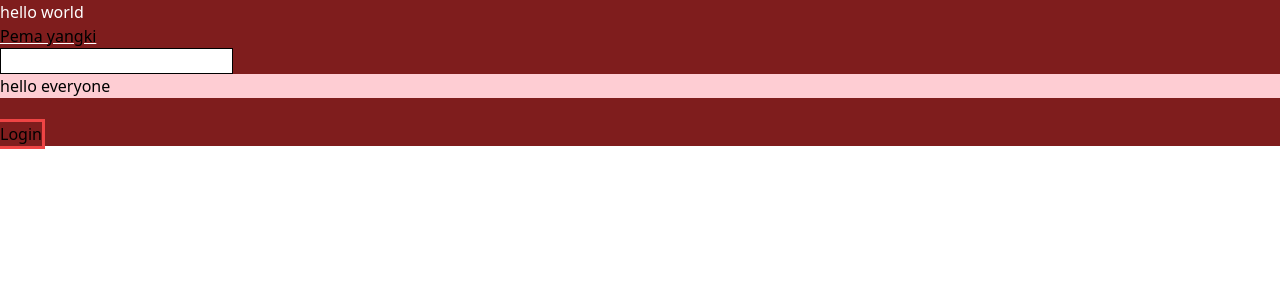
Repository: Pema-yangki/Css
Page: tailwind.html
These files come from the project's save history. The page is drawn as it stood at one moment and after a run of saves; the edit follows.
The browser window is 1280 px wide. The pictures show the whole page.
Some web libraries are served in a nearby version.

Above is the page before, as saved 2024-04-12 10:35:44.

### tailwind.html
<!DOCTYPE html>
<html lang="en">
<head>
    <meta charset="UTF-8">
    <meta name="viewport" content="width=device-width, initial-scale=1.0">
    <title>Document</title>
    <script src="http://cdn.tailwindcss.com"></script>
</head>
<body>
    <div class="bg-red-900">
        <h1 class="text-white">hello world</h1>
        <h1 class="underline decoration-white">Pema yangki</h1>
        <input type="text" class="border border-black">

        <p class="bg-rose-200">hello everyone</p><br>
        <button class="outline outline-red-500">Login</button>
    </div>

</body>
</html>

After the next 3 saves:
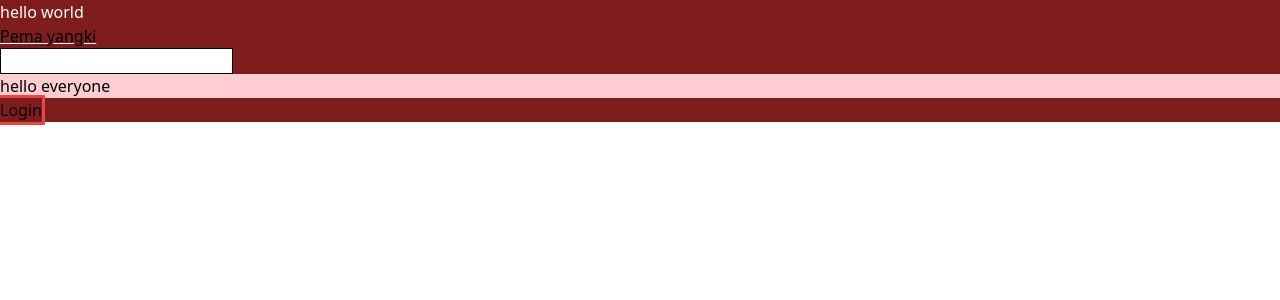
The 3 saves are shown as one change because they came seconds apart.
The last was saved 119 s later.
--- a/tailwind.html
+++ b/tailwind.html
@@ -11,8 +11,7 @@
         <h1 class="text-white">hello world</h1>
         <h1 class="underline decoration-white">Pema yangki</h1>
         <input type="text" class="border border-black">
-
-        <p class="bg-rose-200">hello everyone</p><br>
+        <p class="bg-rose-200">hello everyone</p>
         <button class="outline outline-red-500">Login</button>
     </div>
 
